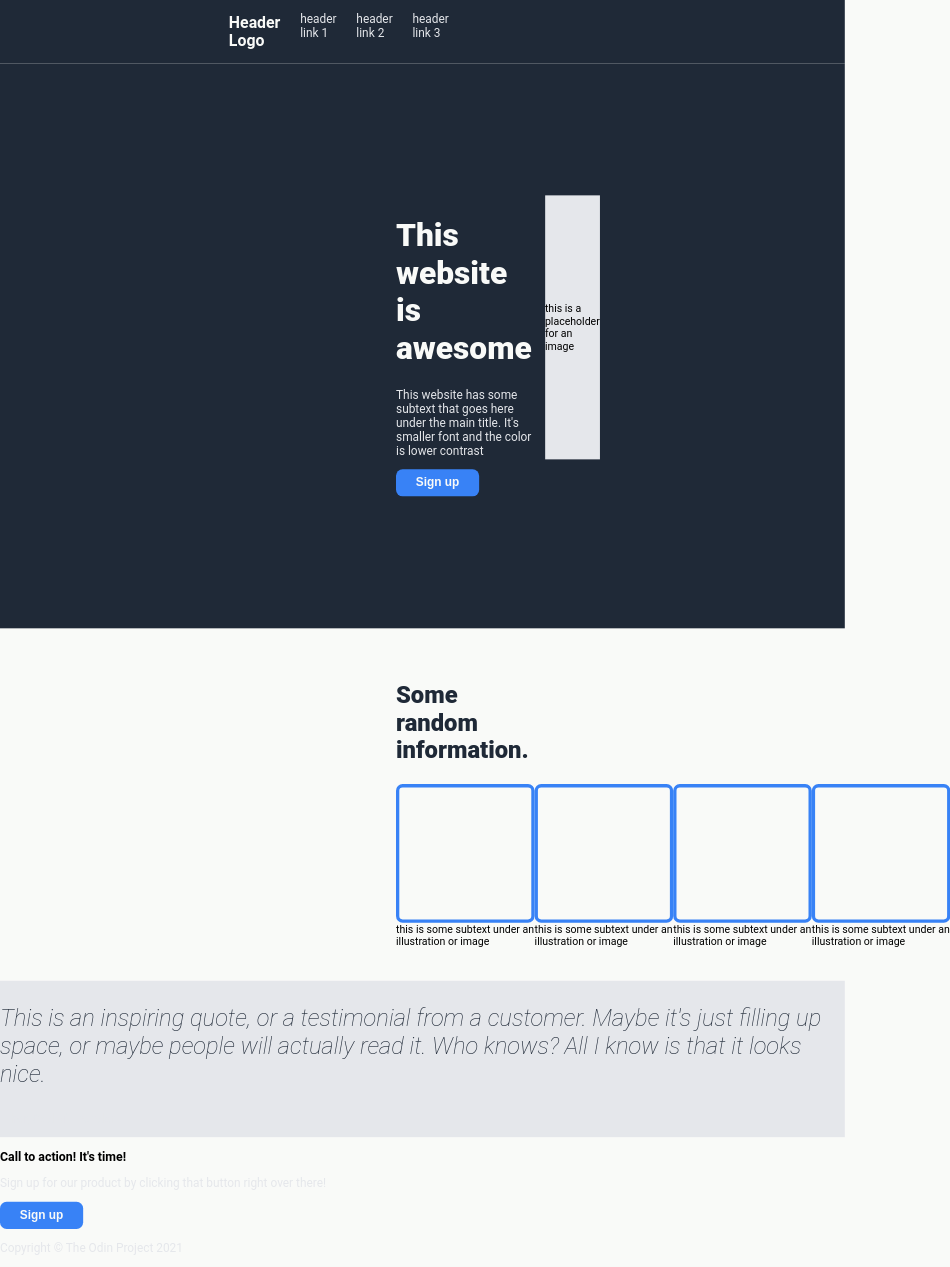
Repository: rsoetydev/landing-page
Page: index.html
The author's editor kept a copy of each file at every save. The page is drawn from the files as they stood at one save, then again after the next save.
The browser window is 1280 px wide. The page is 1440 px wide, so the pictures cover 1440 px, including what lies to the right of the window. The pictures show the whole page, at 66% of full size.

Above is the page before, as saved 2023-11-28 10:25:37.

After the next save:
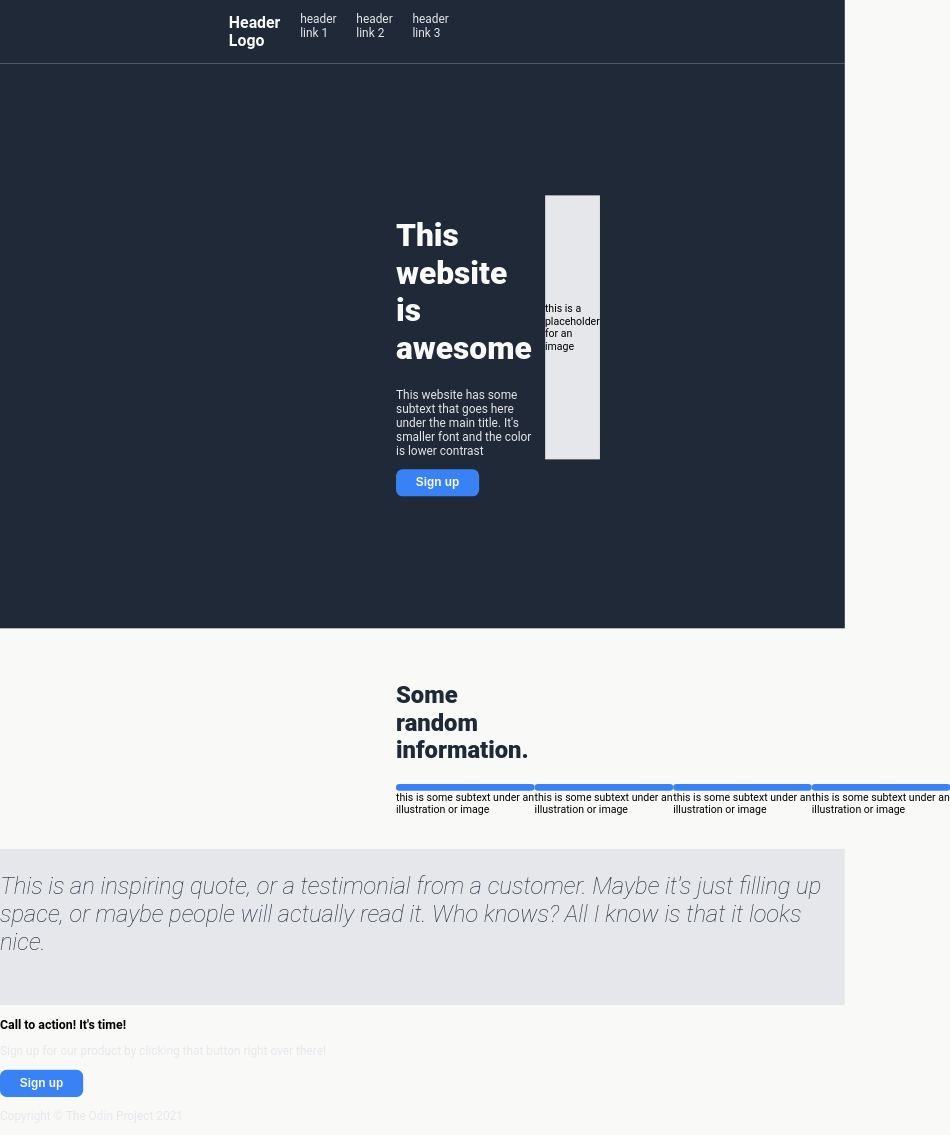
Saved 55 s later.
--- a/style.css
+++ b/style.css
@@ -102,11 +102,15 @@
     justify-content: space-evenly;
 }
 
+.item{
+    display:flex;
+    flex-direction: column;
+}
+
 .item-pic{
     width:200px;
     height:200px;
-    flex-grow: 1;
-    flex-basis: 0;
+    flex:1;
     border-style: solid;
     border-color: var(--blue);
     border-radius: 10px;

After the save that followed:
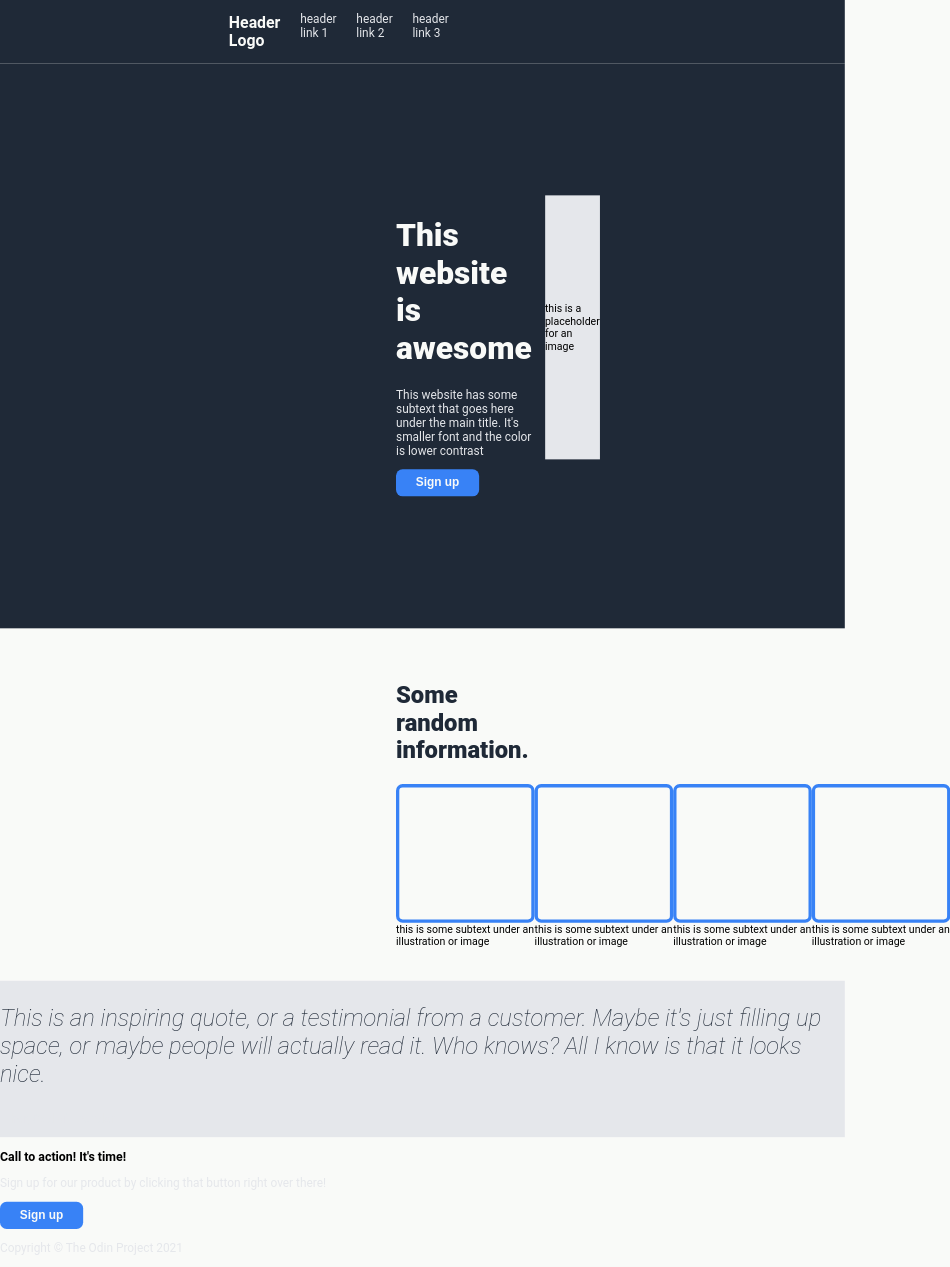
Saved 6 s later.
--- a/style.css
+++ b/style.css
@@ -110,7 +110,7 @@
 .item-pic{
     width:200px;
     height:200px;
-    flex:1;
+    flex-grow: 1;
     border-style: solid;
     border-color: var(--blue);
     border-radius: 10px;
